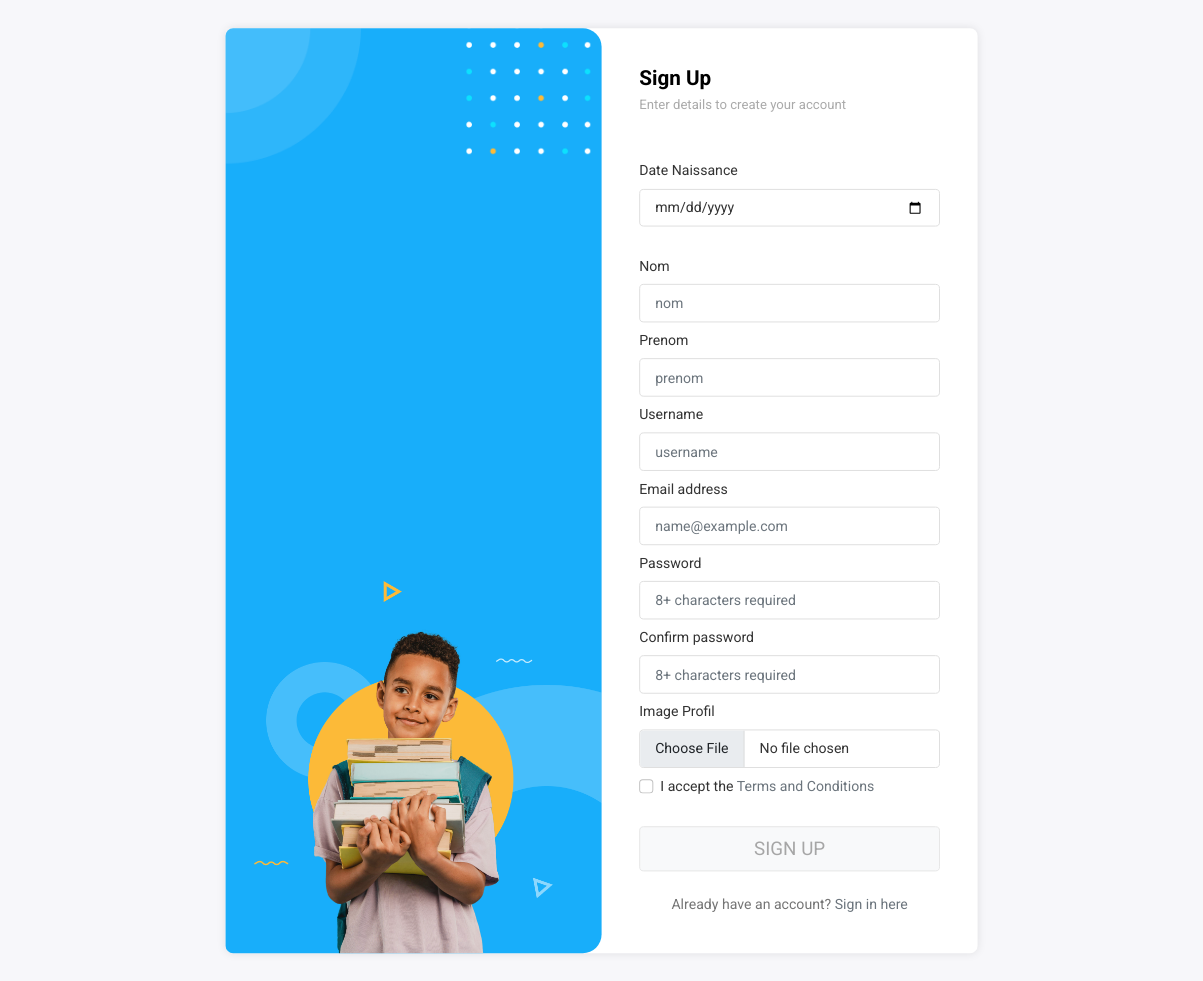
Repository: djadame/Projet
Page: http://localhost/inscription/
An editor plug-in stored every save of this project. The page is shown before and after the next save, followed by the edit.
The browser window is 1280 px wide. The pictures show the whole page, at 94% of full size.
The page is served by the project's application, run on Django 4.2 (manage.py). Other server files are loaded and not shown.

Above is the page before, as saved 2023-08-23 00:12:32.
Console error: ReferenceError: feather is not defined

### templates/Utilisateur/inscription.html
{% extends "base.html" %} {% load static %} {% block content %}

<body>
  <div class="main-wrapper login-body">
    <div class="login-wrapper">
      <div class="container">
        <div class="loginbox">
          <div class="login-left">
            <img class="img-fluid" src="{% static 'assets/img/login.png' %}" alt="Logo">
          </div>
          <div class="login-right">
            <div class="login-right-wrap">
              <h1>Sign Up</h1>
              <p class="account-subtitle">Enter details to create your account</p>
              <form  action="{% url 'register' %}" method="POST">
                {% csrf_token %}


                <div class="col-12 text-center mb-5">

                </div>
                {% if error %}

                <p class="alert alert-danger">{{ message }}</p>
                {% endif %}
                <div class="col-12">
                  <div class="mb-2">

                    <label class="form-label">Date Naissance</label>
                    <input type="date" id="date_naissance" name="date" class="form-control form-control-lg"
                      required><br>

                </div>
                <div class="col-12">
                  <div class="mb-2">
                    <label class="form-label">Nom</label>
                    <input type="text" name="nom" class="form-control form-control-lg" placeholder="nom" />
                  </div>
                </div>

                <div class="col-12">
                  <div class="mb-2">
                    <label class="form-label">Prenom</label>
                    <input type="text" name="prenom" class="form-control form-control-lg" placeholder="prenom" />
                  </div>
                  </div>

                <div class="col-12">
                  <div class="mb-2">
                    <label class="form-label">Username</label>
                    <input type="text" name="username" class="form-control form-control-lg" placeholder="username" />
                  </div>
                </div>
                <div class="col-12">
                  <div class="mb-2">
                    <label class="form-label">Email address</label>
                    <input type="email" name="email" class="form-control form-control-lg"
                      placeholder="name@example.com" />
                  </div>
                </div>
                <div class="col-12">
                  <div class="mb-2">
                    <label class="form-label">Password</label>
                    <input type="password" name="password" class="form-control form-control-lg"
                      placeholder="8+ characters required" />
                  </div>
                </div>
                <div class="col-12">
                  <div class="mb-2">
                    <label class="form-label">Confirm password</label>
                    <input type="password" name="confirmePassword" class="form-control form-control-lg"
                      placeholder="8+ characters required" />
                  </div>
                </div>
                <div class="col-12">
                  <div class="mb-2">
                    <label class="form-label">Image Profil</label>
                    <input type="file" name="image" class="form-control form-control-lg" />
                  </div>
                </div>
                <div class="col-12">
                  <div class="form-check">
                    <input class="form-check-input" type="checkbox" value="" id="flexCheckDefault" />
                    <label class="form-check-label" for="flexCheckDefault">
                      I accept the
                      <a href="#" title="Terms and Conditions" class="text-secondary">Terms and Conditions</a>
                    </label>
                  </div>
                </div>
                <div class="col-12 text-center mt-4">
                  <button type="submit" class="btn btn-lg btn-block btn-light lift text-uppercase" alt="SIGNUP">
                    SIGN UP
                  </button>
                </div>
                <div class="col-12 text-center mt-4">
                  <span class="text-muted">Already have an account?
                    <a href="{% url 'login' %}" title="Sign in" class="text-secondary">Sign in here</a></span>
                </div>








              </form>

            </div>
          </div>
        </div>
      </div>
    </div>
  </div>

</body>






















{% endblock %}

### templates/base.html
{% load static %}
<!DOCTYPE html>
<html lang="en">
<head>
  <meta charset="utf-8" />
  <meta http-equiv="X-UA-Compatible" content="IE=Edge">
        <meta content="width=device-width, initial-scale=1, maximum-scale=1, user-scalable=no" name="viewport">

        <link rel="shortcut icon" href="{% static 'assets/img/favicon.png' %}">

        <link href="https://fonts.googleapis.com/css2?family=Roboto:ital,wght@0,400;0,500;0,700;0,900;1,400;1,500;1,700&amp;display=swap" rel="stylesheet">

        <link rel="stylesheet" href="{% static 'assets/plugins/bootstrap/css/bootstrap.min.css' %}">

        <link rel="stylesheet" href="{% static 'assets/plugins/feather/feather.css' %}">

        <link rel="stylesheet" href="{% static 'assets/plugins/icons/flags/flags.css' %}">

        <link rel="stylesheet" href="{% static 'assets/plugins/fontawesome/css/fontawesome.min.css' %}">
        <link rel="stylesheet" href="{% static 'assets/plugins/fontawesome/css/all.min.css' %}">

        <link rel="stylesheet" href="{% static 'assets/css/style.css' %}">


            <script src="{% static 'assets/js/jquery-3.6.0.min.js' %}"  defer></script>

            <script src="{% static 'assets/plugins/bootstrap/js/bootstrap.bundle.min.js' %}" defer></script>

            <script src="{% static 'assets/js/feather.min.js' }}" defer></script>

            <script src="{% static 'assets/plugins/slimscroll/jquery.slimscroll.min.js' %}" defer></script>

            <script src="{% static 'assets/plugins/apexchart/apexcharts.min.js' %}" defer></script>
            <script src="{% static 'assets/plugins/apexchart/chart-data.js' %}" defer></script>

            <script src="{% static 'assets/js/script.js' %}" defer></script>
</head>
<body>

    {% if user.is_authenticated %}
      {% if user.role == "Administrateur" %}
        {% include "_partiels/navAdministrateur.html" %}
      {% elif user.role == "Enseignant" %}
        {% include "_partiels/navEnseignant.html" %}
      {% else  %}
        {% include "_partiels/navEtudiant.html" %}
      {% endif %}


    {% endif %}





    {% block content %}{% endblock %}
</body>
</html>

### AppEcole/views.py
from django.shortcuts import render,redirect,get_object_or_404
from django.core.validators import validate_email
from django.contrib.auth.models import User
from django.db.models import Q
from django.contrib.auth.decorators import login_required
from django.contrib.auth import authenticate, login, logout
from .forms import ProjetForm
from django.contrib.auth import get_user_model
from .models import Devoir
from django.contrib import messages
from django.contrib.auth.decorators import user_passes_test
from Etudiant.models import Soumission

def is_enseignant(user):
    return user.role == 'Enseignant'

def is_not_authenticated(user):
    return not user.is_authenticated







def index(request):
    return render(request,'index.html')


@user_passes_test(is_enseignant, login_url='login')
def ajouter_projet(request):
    messages= ''
    if request.method == 'POST':
        form = ProjetForm(request.POST, request.FILES)
        if form.is_valid():
            form.save()
            form=ProjetForm()
            messages = "votre projet a été ajouter avec succes" # Rediriger vers la liste des projets
    else:
        form = ProjetForm()

    context = {'form': form,'message' :messages}
    return render(request, 'Enseignant/Projet/projet.html', context)

@user_passes_test(is_enseignant, login_url='login')
def liste_projets(request):
    projets = Devoir.objects.all()
    return render(request, 'Enseignant/Projet/index.html', {'Projets': projets})

@user_passes_test(is_enseignant, login_url='login')
def modifier_projet(request, id):
    projet = get_object_or_404(Devoir, id=id)
    messages=""
    if request.method == 'POST':
        form = ProjetForm(request.POST, request.FILES, instance=projet)
        if form.is_valid():
            form.save()
            form=ProjetForm
            messages="votre projet a été modifier avec succes"


             # Rediriger vers la liste des projets
    else:
        form = ProjetForm(instance=projet)

    context = {'form': form,
               'message':messages}
    return render(request, 'Enseignant/Projet/modifier.html', context)


@user_passes_test(is_enseignant, login_url='login')
def supprimer_projet(request, id):
    messages=""
    projet = get_object_or_404(Devoir, id=id)
    intitule=projet.intitule

    if request.method == 'POST':
        projet.delete()
        return redirect('liste_projet')  # Rediriger vers la liste des projets
        messages="votre projet a été supprimer avec succes"
    context = {'intitule': intitule,
               'projet':projet,
               'message':messages}
    return render(request, 'Enseignant/Projet/supprimer.html', context)

@user_passes_test(is_enseignant, login_url='login')
def modifier_profil(request, id):
    error = False
    message = ""
    user = request.user  # Get the user object or return 404 if not found

    if request.method == "POST":
        # Similar to your existing code to retrieve form data
        username = request.POST.get('username')
        email = request.POST.get('email')
        nom = request.POST.get('nom')
        prenom = request.POST.get('prenom')
        password = request.POST.get('password')
        confirmePassword = request.POST.get('confirmePassword')
        role = "Enseignant"
        identifiant = request.POST.get('identifiant')
        date = request.POST.get('date')
        image = request.POST.get('image')

        try:
            validate_email(email)
        except:
            error = True
            message = "Entrer un email valide svp"

        existing_user = get_user_model().objects.filter(Q(email=email) | Q(username=username)).exclude(id=id).first()
        if existing_user:
            error = True
            message = f"L'email {email} ou le nom d'utilisateur {nom} est déjà utilisé par un utilisateur"

        if password and password != confirmePassword:
            error = True
            message = "Les deux mots de passe ne sont pas identiques"

        if not error:
            # Update user data
            user.username = username
            user.email = email
            user.last_name = nom
            user.first_name = prenom
            user.identifiant = identifiant
            user.role = role
            user.birthdate = date
            user.profil = image

            if password:
                user.set_password(password)  # Only set password if a new password is provided

            user.save()
            return redirect('login')  # Redirect to user list page after successful update

    context = {
        'user': user,
        'error': error,
        'message': message
    }
    return render(request, 'Enseignant/modifier.html', context)

@user_passes_test(is_enseignant, login_url='login')
def liste_projets_soumis(request):

    soumission = Soumission.objects.all()
    context = {'soumissions':soumission}
    return render(request, 'Enseignant/Projet/soumis.html', context)






def inscription(request):
    error = False
    message = ""

    if request.method == "POST":
        username = request.POST.get('username')
        email = request.POST.get('email')
        nom = request.POST.get('nom')
        prenom = request.POST.get('prenom')
        password = request.POST.get('password')
        confirmePassword=request.POST.get('confirmePassword')
        role = "Administrateur"
        identifiant ="admin"
        date = request.POST.get('date')
        image = request.POST.get('image')
        # Récupérer le rôle du formulaire

        try:
            validate_email(email)
        except:
            error = True
            message = "Entrer un email valide svp"

        User = get_user_model()  # Obtenir le modèle utilisateur personnalisé

        user = User.objects.filter(Q(email=email) | Q(username=username)).first()
        if user:
            error = True
            message = f"L'email {email} ou le nom d'utilisateur {nom} est déjà utilisé par un utilisateur"

        if password != confirmePassword:
            error = True
            message = "Les deux mots de passe ne sont pas identiques"

        if error == False:
            user = User(

                username=username,
                email=email,
                last_name=nom,
                first_name=prenom,
                identifiant=identifiant,
                role=role,
                birthdate=date,
                profil=image# Enregistrer le rôle dans le modèle
            )
            user.set_password(password)
            user.save()
            return redirect('login')

    context = {
        'error': error,
        'message': message
    }
    return render(request, 'Utilisateur/inscription.html', context)

@login_required
def afficher_profil(request):
        utilisateur = request.user
        return render(request, 'Enseignant/profil.html', {'utilisateur': utilisateur})


def connexion(request):
    if request.user.is_authenticated:
        logout(request)

    error=False
    messages=""
    if request.method=="POST":

        email=request.POST.get('email', None)
        password=request.POST.get('password', None)

        User = get_user_model()
        user=User.objects.filter(email=email).first()
        if user:
            user=authenticate(username=user.username, password=password)
            if user:
                login(request, user)
                if user.role == 'Administrateur':
                    return redirect('liste_utilisateur')  # Redirection pour les superutilisateurs
                elif user.role == 'Enseignant':
                    return redirect('liste_projet')  # Redirection pour les membres du groupe "Staff"
                elif user.role == 'Etudiant':
                    return redirect('etudiants_projet')
                else:
                    return redirect('acceuil')  # Redirection par défaut

            else:
                error=True
                message="mot de passe  incorrecte"
        else:
            error=True
            message="l'utilisateur n'existe pas"
    return render(request, 'Utilisateur/connexion.html', {'error':error, 'message':messages})




def deconnexion(request):
    logout(request)
    return redirect('login')
# Create your views here.

### Projet/urls.py
"""Projet URL Configuration

The `urlpatterns` list routes URLs to views. For more information please see:
    https://docs.djangoproject.com/en/4.1/topics/http/urls/
Examples:
Function views
    1. Add an import:  from my_app import views
    2. Add a URL to urlpatterns:  path('', views.home, name='home')
Class-based views
    1. Add an import:  from other_app.views import Home
    2. Add a URL to urlpatterns:  path('', Home.as_view(), name='home')
Including another URLconf
    1. Import the include() function: from django.urls import include, path
    2. Add a URL to urlpatterns:  path('blog/', include('blog.urls'))
"""
from django.contrib import admin
from django.urls import path,include
from django.conf import settings
from django.conf.urls.static import static


urlpatterns = [
    path('admin/', admin.site.urls),
    path('', include('AppEcole.urls')),
    path('Admin/', include('Administrateur.urls')),
    path('Etudiant/', include('Etudiant.urls')),
]
if settings.DEBUG:
    urlpatterns += static(settings.MEDIA_URL,
    document_root=settings.MEDIA_ROOT)

### AppEcole/urls.py
from django.urls import path
from .views import index, inscription, connexion,ajouter_projet,deconnexion,liste_projets,modifier_projet,supprimer_projet,afficher_profil,modifier_profil,liste_projets_soumis
urlpatterns = [
    path('acceuil', index, name='acceuil'),
    path('inscription/', inscription, name='register'),
    path('', connexion, name='login'),
    path('deconnexion/', deconnexion, name='logout'),


    path('enseignant/projet/ajouter', ajouter_projet, name='ajouter_projet'),
    path('enseignant/projet/', liste_projets, name='liste_projet'),
    path('enseignant/projet/modifier/<int:id>',modifier_projet, name='modifier_projet'),
    path('enseignant/projet/supprimer/<int:id>',supprimer_projet, name='supprimer_projet'),
    path('enseignant/profil',afficher_profil, name='afficher_profil'),
    path('enseignant/profil/modifier/<int:id>',modifier_profil, name='modifier_profile'),
    path('enseignant/projet/soumis',liste_projets_soumis, name='soumis'),


]

### Administrateur/urls.py
from django.urls import path
from .views import register,liste_utilisateur,modifier_utilisateur,supprimer_utilisateur,liste_cour,ajouter_cour,modifier_cour,supprimer_cour, liste_Enseignant, liste_Etudiant
urlpatterns = [
    path('user/ajouter', register, name='inscription'),
    path('user/', liste_utilisateur, name='liste_utilisateur'),
    path('user/enseignant', liste_Enseignant, name='liste_enseignant'),
    path('user/etudiant', liste_Etudiant, name='liste_etudiant'),
    path('user/modifier/<int:id>',modifier_utilisateur, name='modifier_utilisateur'),
    path('user/supprimer/<int:id>',supprimer_utilisateur, name='supprimer_utilisateur'),
    path('cour/ajouter', ajouter_cour, name='ajouter_cour'),
    path('cour/', liste_cour, name='liste_cour'),
    path('cour/modifier/<int:id>',modifier_cour, name='modifier_cour'),
    path('cour/supprimer/<int:id>',supprimer_cour, name='supprimer_cour'),








]

### Etudiant/urls.py
from django.urls import path
from .views import liste_Projets,ajouter_soumission,liste_soumission,modifier_soumission,supprimer_soumission, afficher_profil,modifier_profil
urlpatterns = [
    path('projets/', liste_Projets, name='etudiants_projet'),
    path('soumission/ajouter', ajouter_soumission, name='ajouter_soumission'),
    path('soumission/',liste_soumission, name='liste_soumission'),
    path('soumission/modifier/<int:id>', modifier_soumission, name='modifier_soumission'),
    path('soumission/supprimer/<int:id>', supprimer_soumission, name='supprimer_soumission'),
    path('profil/', afficher_profil, name='profil'),
    path('profil/modifier/<int:id>', modifier_profil, name='profil_modifier'),

]

Loaded but not shown: static/assets/plugins/bootstrap/css/bootstrap.min.css (library); static/assets/plugins/feather/feather.css (library); static/assets/plugins/icons/flags/flags.css (library); static/assets/plugins/fontawesome/css/fontawesome.min.css (library); static/assets/plugins/fontawesome/css/all.min.css (library); static/assets/css/style.css (library); static/assets/js/jquery-3.6.0.min.js (library); static/assets/plugins/bootstrap/js/bootstrap.bundle.min.js (library); static/assets/plugins/slimscroll/jquery.slimscroll.min.js (library); static/assets/plugins/apexchart/apexcharts.min.js (library); static/assets/plugins/apexchart/chart-data.js (library); static/assets/js/script.js (580 lines, source omitted)

After the next save:
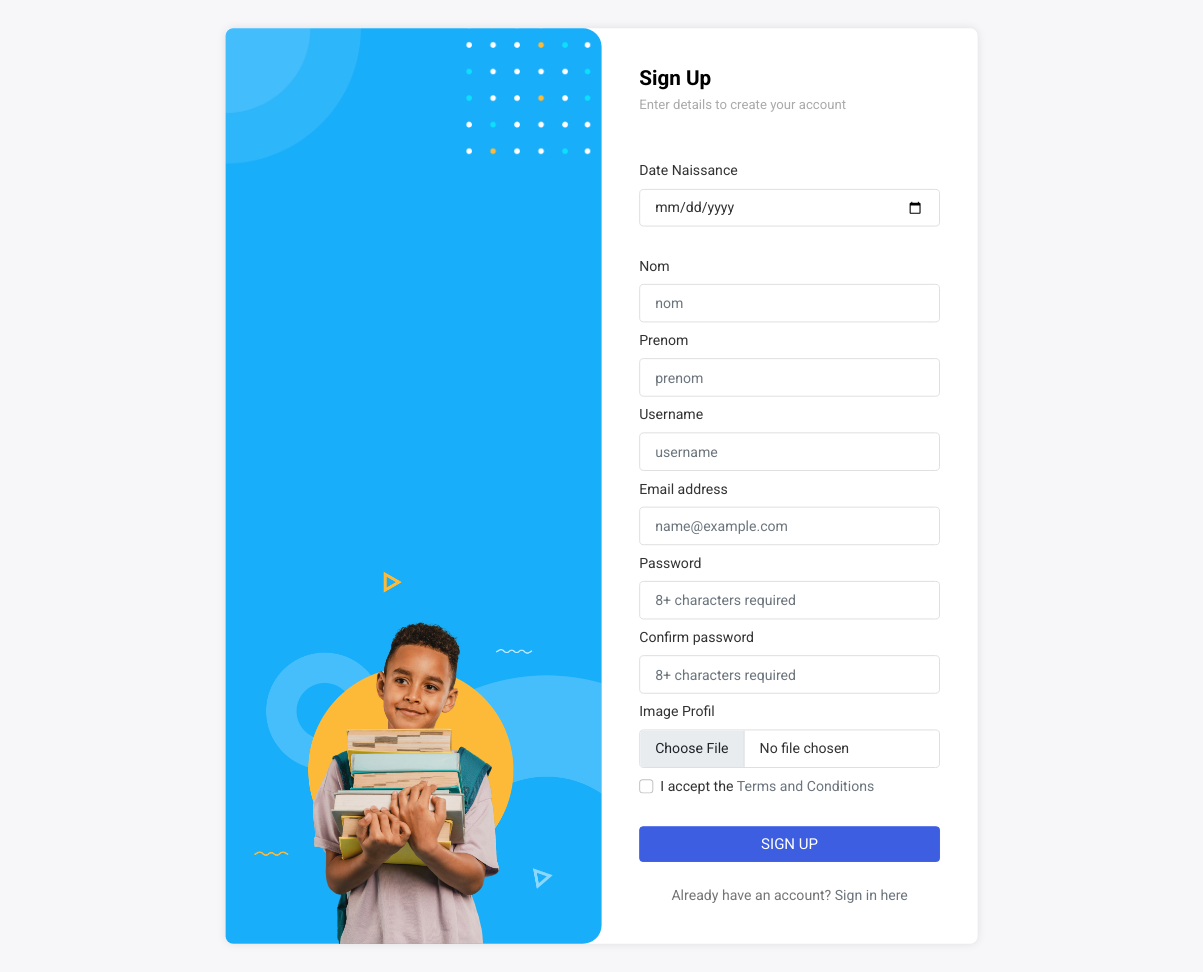
Saved 27 s later.
--- a/templates/Utilisateur/inscription.html
+++ b/templates/Utilisateur/inscription.html
@@ -88,7 +88,7 @@
                   </div>
                 </div>
                 <div class="col-12 text-center mt-4">
-                  <button type="submit" class="btn btn-lg btn-block btn-light lift text-uppercase" alt="SIGNUP">
+                  <button type="submit" class="btn btn-primary btn-block" alt="SIGNUP">
                     SIGN UP
                   </button>
                 </div>
